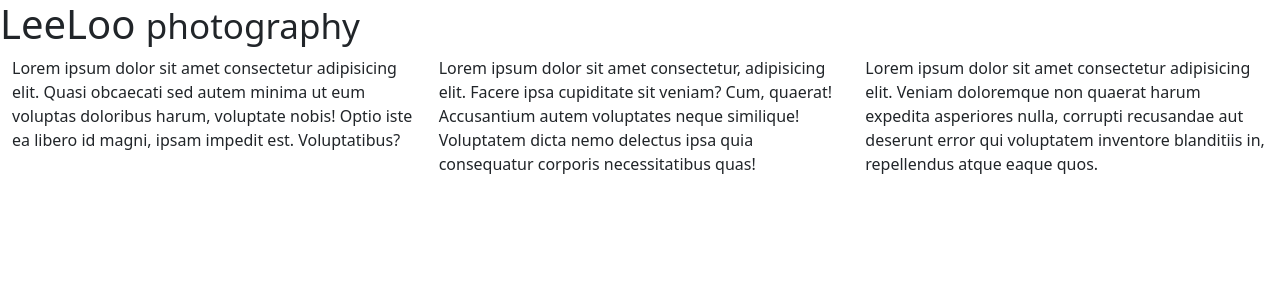
Repository: Zyzik-33/bootstrap-test
Page: index.html
The author's editor kept a copy of each file at every save. The page is drawn from the files as they stood at one save, then again after the next save.
The browser window is 1280 px wide. The pictures show the whole page.

Above is the page before, as saved 2021-01-27 14:29:49.

After the next save:
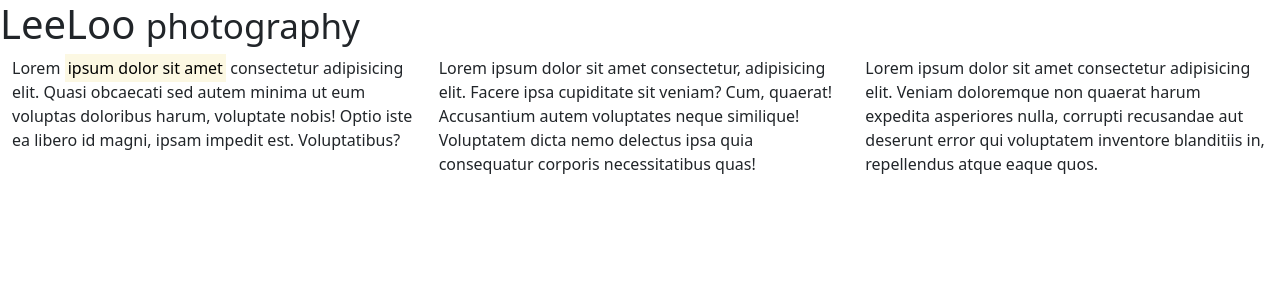
Saved 78 s later.
--- a/index.html
+++ b/index.html
@@ -13,7 +13,7 @@
   <div class="container-fluid">
 
     <div class="row">
-      <div class="col-lg-4">Lorem ipsum dolor sit amet consectetur adipisicing elit. Quasi obcaecati sed autem minima ut eum voluptas doloribus harum, voluptate nobis! Optio iste ea libero id magni, ipsam impedit est. Voluptatibus?</div>
+      <div class="col-lg-4">Lorem <mark>ipsum dolor sit amet</mark> consectetur adipisicing elit. Quasi obcaecati sed autem minima ut eum voluptas doloribus harum, voluptate nobis! Optio iste ea libero id magni, ipsam impedit est. Voluptatibus?</div>
       <div class="col-lg-4">Lorem ipsum dolor sit amet consectetur, adipisicing elit. Facere ipsa cupiditate sit veniam? Cum, quaerat! Accusantium autem voluptates neque similique! Voluptatem dicta nemo delectus ipsa quia consequatur corporis necessitatibus quas!</div>
       <div class="col-lg-4">Lorem ipsum dolor sit amet consectetur adipisicing elit. Veniam doloremque non quaerat harum expedita asperiores nulla, corrupti recusandae aut deserunt error qui voluptatem inventore blanditiis in, repellendus atque eaque quos.</div>
     </div>
